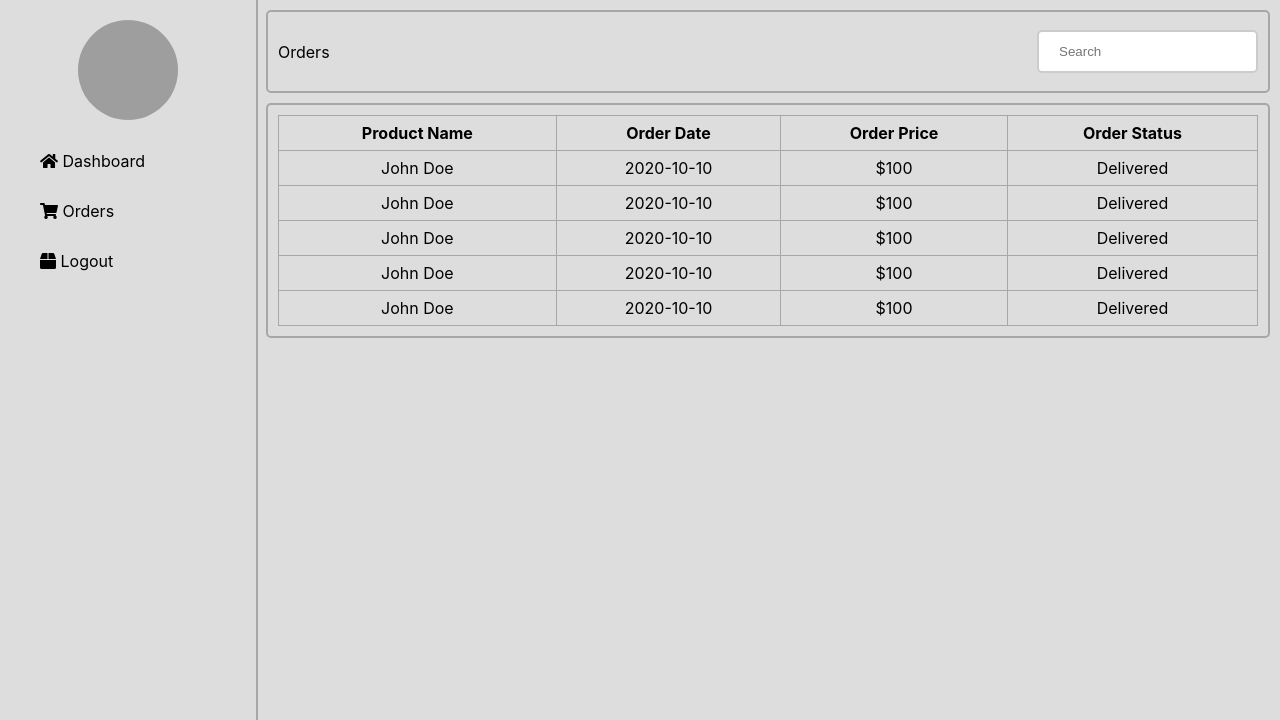
Repository: cjaymoni/FE_Submission02
Page: http://localhost/orders
An editor plug-in stored every save of this project. The page is shown before and after the next save, followed by the edit.
The browser window is 1280 px wide. The pictures show the whole page.
Pictures or frames that could not be fetched are drawn as grey boxes. Some web libraries are served in a nearby version. The page is run by PHP 8.4 with error messages shown; the project is at /var/www/html/.

Above is the page before, as saved 2022-09-29 15:19:50.

### index.php
<!doctype html>
<html lang="en">
<head>
    <?php include './layout/header.html' ?>
</head>
<body>
<?php
require_once './layout/sidebar.html';

$request = $_SERVER['REQUEST_URI'];

switch ($request) {
        case '/' :
        case '' :
        case '/home' :
            case '/login':
                case '/login/':
        require __DIR__.'/views/login-page/login.html';
        break;


        case '/orders':
        case '/orders/':
        require __DIR__.'/views/orders/orders.html';
        break;

        case '/dashboard':
        case '/dashboard/':
        require __DIR__.'/views/dashboard/dashboard.html';
        break;





        default:
        require __DIR__.'/views/login-page/login.html';
        break;
}
?>

 <?php require_once './layout/footer.html' ?>
</body>
</html>

### layout/header.html
<meta charset="utf-8" />
<meta name="viewport" content="width=device-width, initial-scale=1.0" />

<!-- FavIcon -->
<link rel="icon" type="image/svg+xml" href="assets/Freddys_Logo.svg" />

<!-- CSS -->
<link rel="stylesheet" href="css/styles.css" />

<!-- Font Awesome -->
<link
  rel="stylesheet"
  href="https://use.fontawesome.com/releases/v5.8.1/css/all.css"
/>

<!-- Title -->
<title>Freddy's Shop</title>

### layout/sidebar.html
<aside>
  <div class="sidebar" id="sidebar">
    <div class="profile">
      <img src="assets/Freddys_Logo.svg" alt="Freddys_Logo" />
    </div>
    <ul>
      <li>
        <a href="/dashboard">
          <i class="fas fa-home"></i>
          <span>Dashboard</span>
        </a>
      </li>
      <li>
        <a href="/orders">
          <i class="fas fa-shopping-cart"></i>
          <span>Orders</span>
        </a>
      </li>
      <li>
        <a href="products.html">
          <i class="fas fa-box"></i>
          <span>Logout</span>
        </a>
      </li>
    </ul>
  </div>
</aside>
<script src="js/sidebar-toggle.js"></script>

### views/orders/orders.html
<div class="content">
  <div class="order-header">
    <div class="order-header-text">
      <span>Orders</span>
    </div>
    <div class="order-header-search">
      <input type="text" placeholder="Search" />
    </div>
  </div>

  <div class="order-table-div">
    <table>
      <thead>
        <tr>
          <th>Product Name</th>
          <th>Order Date</th>
          <th>Order Price</th>
          <th>Order Status</th>
        </tr>
      </thead>
      <tbody>
        <tr>
          <td>John Doe</td>
          <td>2020-10-10</td>
          <td>$100</td>
          <td>Delivered</td>
        </tr>
        <tr>
          <td>John Doe</td>
          <td>2020-10-10</td>
          <td>$100</td>
          <td>Delivered</td>
        </tr>
        <tr>
          <td>John Doe</td>
          <td>2020-10-10</td>
          <td>$100</td>
          <td>Delivered</td>
        </tr>
        <tr>
          <td>John Doe</td>
          <td>2020-10-10</td>
          <td>$100</td>
          <td>Delivered</td>
        </tr>

        <tr>
          <td>John Doe</td>
          <td>2020-10-10</td>
          <td>$100</td>
          <td>Delivered</td>
        </tr>
      </tbody>
    </table>
  </div>
</div>

### layout/footer.html
<script
  src="https://code.jquery.com/jquery-3.6.1.min.js"
  integrity="sha256-o88AwQnZB+VDvE9tvIXrMQaPlFFSUTR+nldQm1LuPXQ="
  crossorigin="anonymous"
></script>

### css/styles.css
:root {
    --color-primary: #f00;
    --color-secondary: #0f0;
    --color-tertiary: rgb(0, 110, 255);
    background-color: #dddddd;
    font-family: Inter, Avenir, Helvetica, Arial, sans-serif;
    font-size: 16px;
    line-height: 24px;
    min-width: 100vw;
    min-height: 100vh;
    scroll-behavior: smooth;
}


body {
    overflow-x: hidden;
    height: 100vh;
    width: 100vw;
    margin: 0;
}

.login-div {
    display: flex;
    flex-direction: column;
    justify-content: center;
    align-items: center;
    border: 5px solid rgb(65, 61, 61);
    margin: auto;
    margin-top: 15%;
    width: 50%;
    padding: 5px;


}

.login-head {
    display: flex;
    justify-content: space-between;
    flex-wrap: wrap;
}

.login-img {
    width: 100px;
    height: 100px;
    border-radius: 50%;
    margin: 10px;
}

.login-head-text {
    display: flex;
    justify-content: center;
    align-items: center;
    margin: 10px;
    flex-wrap: wrap;
}

.login-head-img {
    display: flex;
    justify-content: center;
    align-items: center;
    margin: 10px;
}

.login-form {
    display: flex;
    flex-direction: column;
    justify-content: center;
    align-items: center;
    margin: 10px;
    width: 100%;
}



.input-div {
    display: flex;
    flex-direction: column;
    justify-content: center;
    align-items: center;
    margin: 10px;
    width: 100%;
}

input[type=text],
input[type=password] {
    width: 100%;
    padding: 12px 20px;
    margin: 8px 0;
    display: inline-block;
    border: 2px solid #ccc;
    box-sizing: border-box;
    border-radius: 5px;
}

.login-btn {
    width: 100%;
    padding: 10px;
    border: 2px solid #ccc;
    border-radius: 5px;
}


.sidebar {
    background-color: #dddddd;
    position: fixed;
    top: 0;
    left: 0;
    width: 20%;
    height: 100%;
    padding: 20px 0;
    transition: all 0.5s ease;
    border-right: 2px solid rgb(167, 167, 167);

}

.content {
    width: 80%;
    height: 100%;
    float: right;

}


.sidebar .profile img {
    display: block;
    width: 100px;
    height: 100px;
    border-radius: 50%;
    margin: 0 auto;
}

.sidebar ul li {
    list-style: none;

}

.sidebar ul li a {
    display: block;
    padding: 13px 0px;
    /* border-bottom: 1px solid #10558d; */
    color: black;
    font-size: 16px;
    position: relative;
    text-decoration: none;
}

.sidebar ul li a .icon {
    color: black;
    width: 30px;
    display: inline-block;
}


.order-header {
    display: flex;
    justify-content: space-between;
    align-items: center;
    margin: 10px;
    padding: 10px;
    border: 2px solid rgb(167, 167, 167);
    border-radius: 5px;
}

.order-table-div {
    display: flex;
    justify-content: center;
    align-items: center;
    margin: 10px;
    padding: 10px;
    border: 2px solid rgb(167, 167, 167);
    border-radius: 5px;

}

table {
    border-collapse: collapse;
    width: 100%;

}

td,
th {
    border: 1px solid rgb(167, 167, 167);
    padding: 5px;
    text-align: center;
}

tr:nth-child(even) {
    background-color: #dddddd;
}

### js/sidebar-toggle.js
const pgUrl = window.location.href.substr(
  window.location.href.lastIndexOf("/") + 1
);
const sdComponent = document.querySelector(".sidebar");
if (pgUrl === "login") {
  sdComponent.style.display = "none";
}

After the next save:
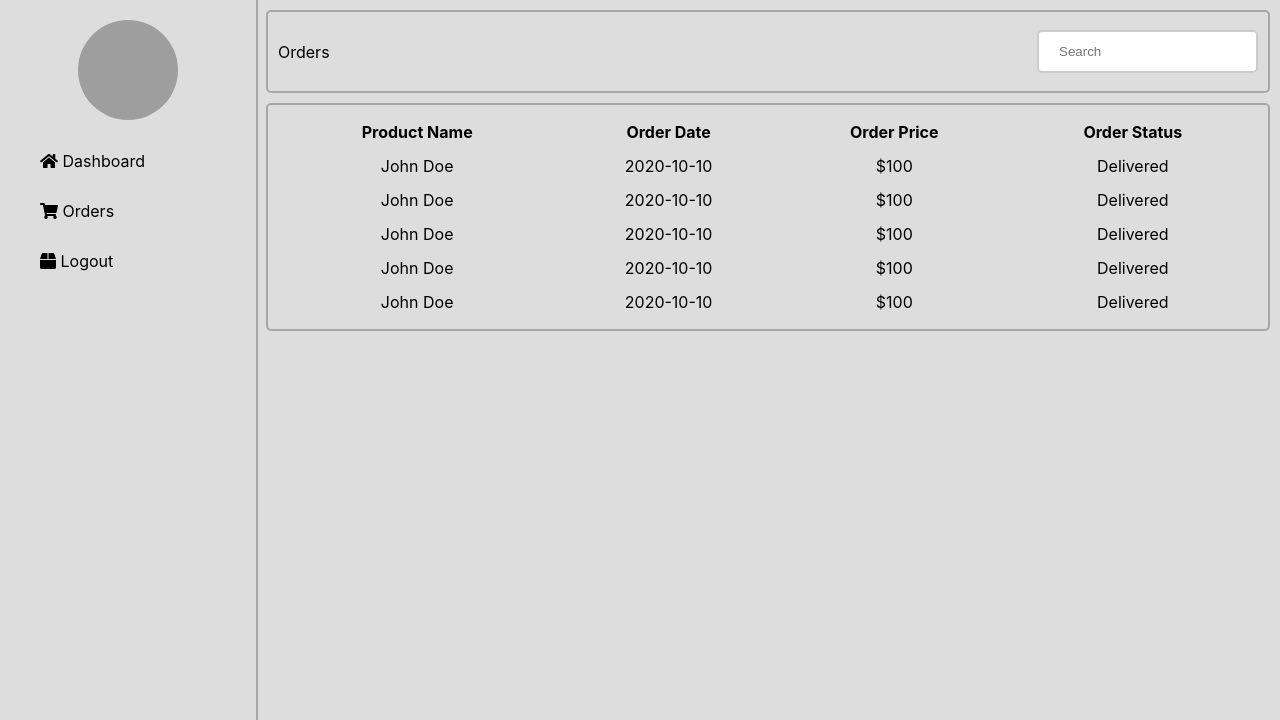
Saved 15 s later.
--- a/css/styles.css
+++ b/css/styles.css
@@ -180,7 +180,7 @@ table {
 
 td,
 th {
-    border: 1px solid rgb(167, 167, 167);
+    /* border: 1px solid rgb(167, 167, 167); */
     padding: 5px;
     text-align: center;
 }
